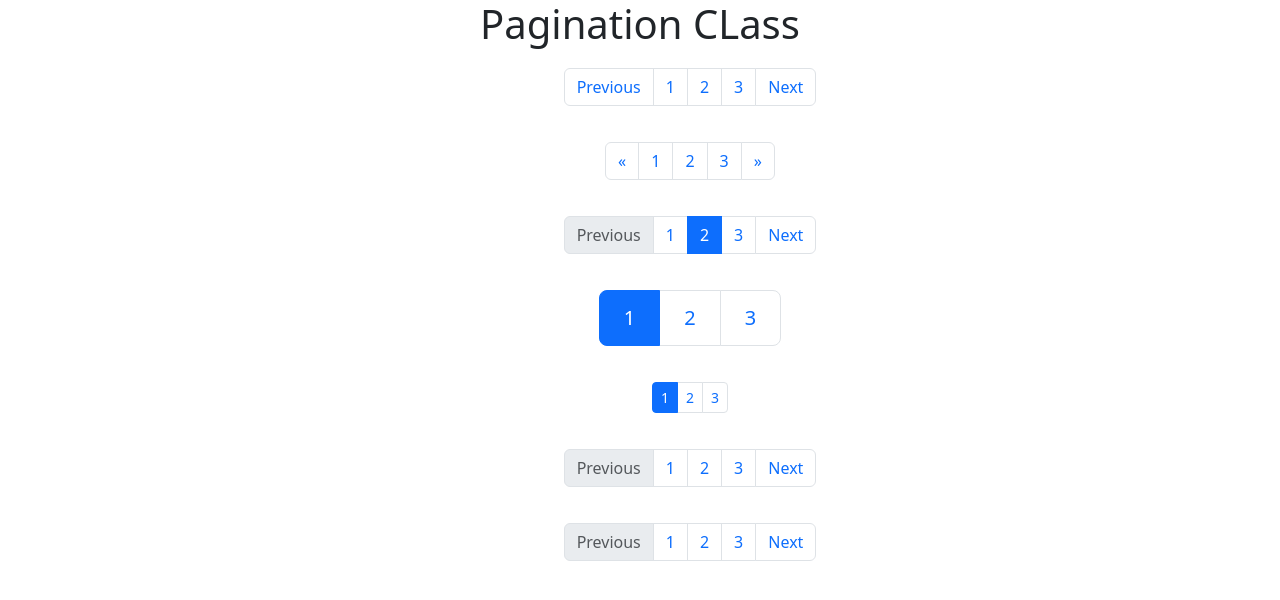
Repository: arunyerram/Web-TEChnologies
Page: Pagination.html
An editor plug-in stored every save of this project. The page is shown before and after the next save, followed by the edit.
The browser window is 1280 px wide. The pictures show the whole page.

Above is the page before, as saved 2025-02-28 11:56:18.

After the next save:
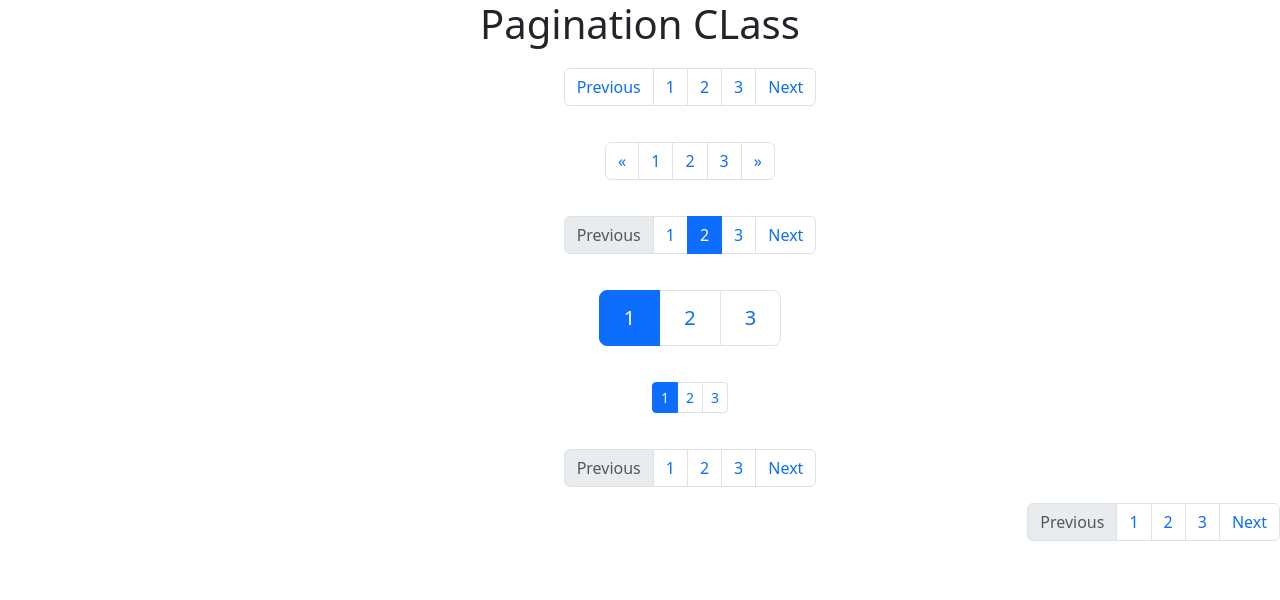
Saved 22 s later.
--- a/Pagination.html
+++ b/Pagination.html
@@ -106,7 +106,7 @@
           </nav>
     </div>
 
-    <div class="app">
+    <div >
         <nav aria-label="Page navigation example">
             <ul class="pagination justify-content-end">
               <li class="page-item disabled">

After the 3 saves that followed:
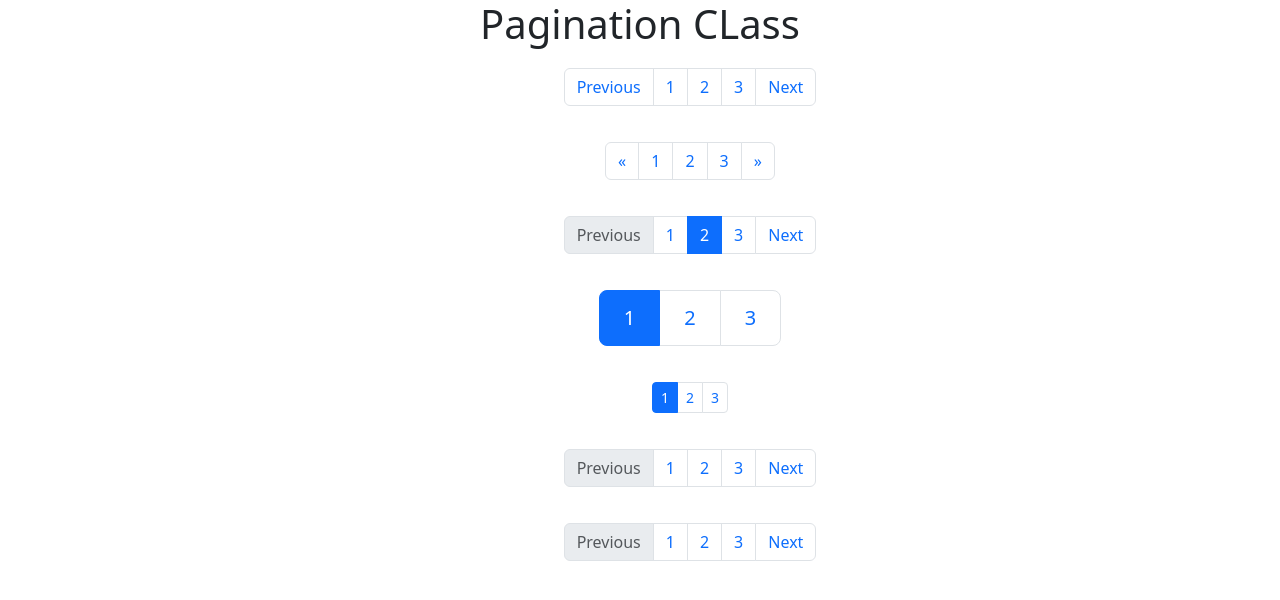
The 3 saves are shown as one change because they came seconds apart.
The last was saved 15 s later.
--- a/Pagination.html
+++ b/Pagination.html
@@ -106,7 +106,7 @@
           </nav>
     </div>
 
-    <div >
+    <div class="app">
         <nav aria-label="Page navigation example">
             <ul class="pagination justify-content-end">
               <li class="page-item disabled">
